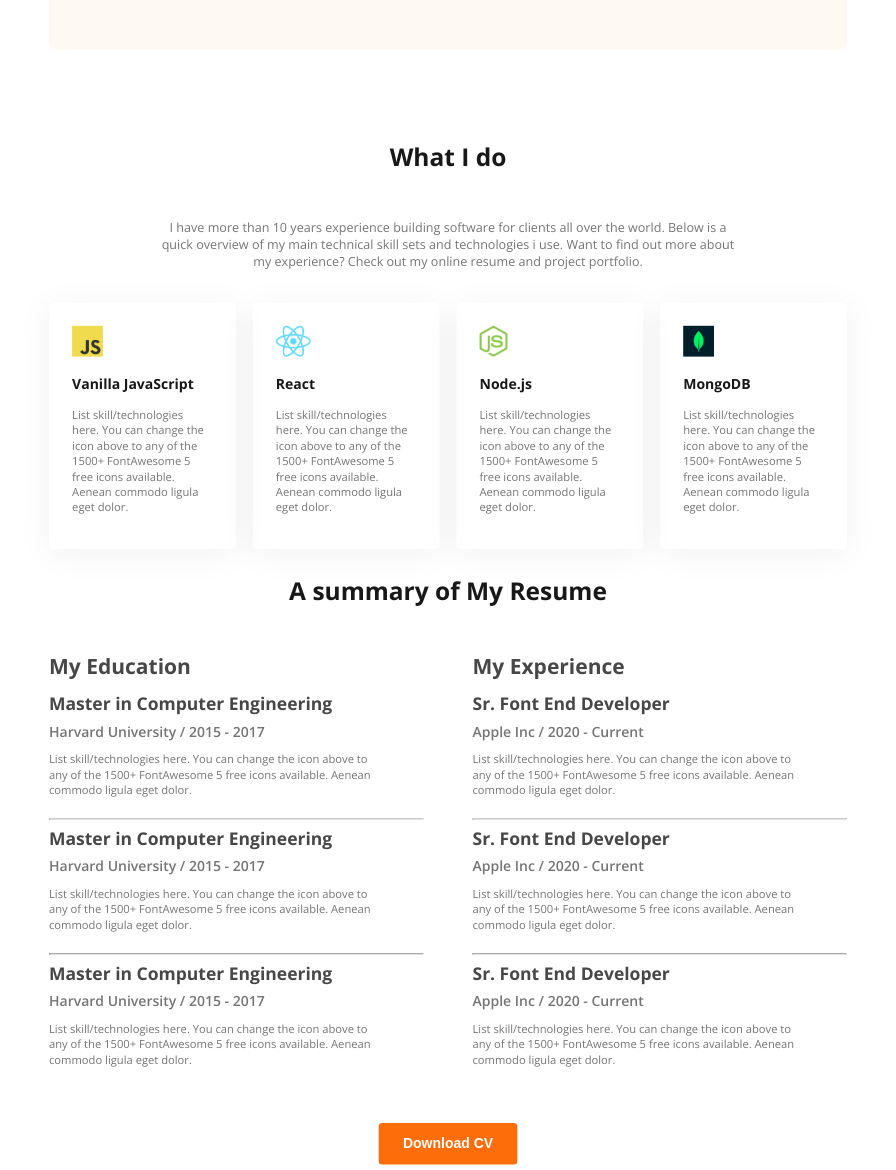
Repository: ShouravAhammed/Simple-Portfolio-Webpage
Page: index.html
The author's editor kept a copy of each file at every save. The page is drawn from the files as they stood at one save, then again after the next save.
The browser window is 1280 px wide. The pictures show the part of the page from y = 1428 to 3348 px (the page is 3100 px tall before and 3348 px after), at 70% of full size.

Above is the page before, as saved 2024-01-06 03:30:59.

After the next save:
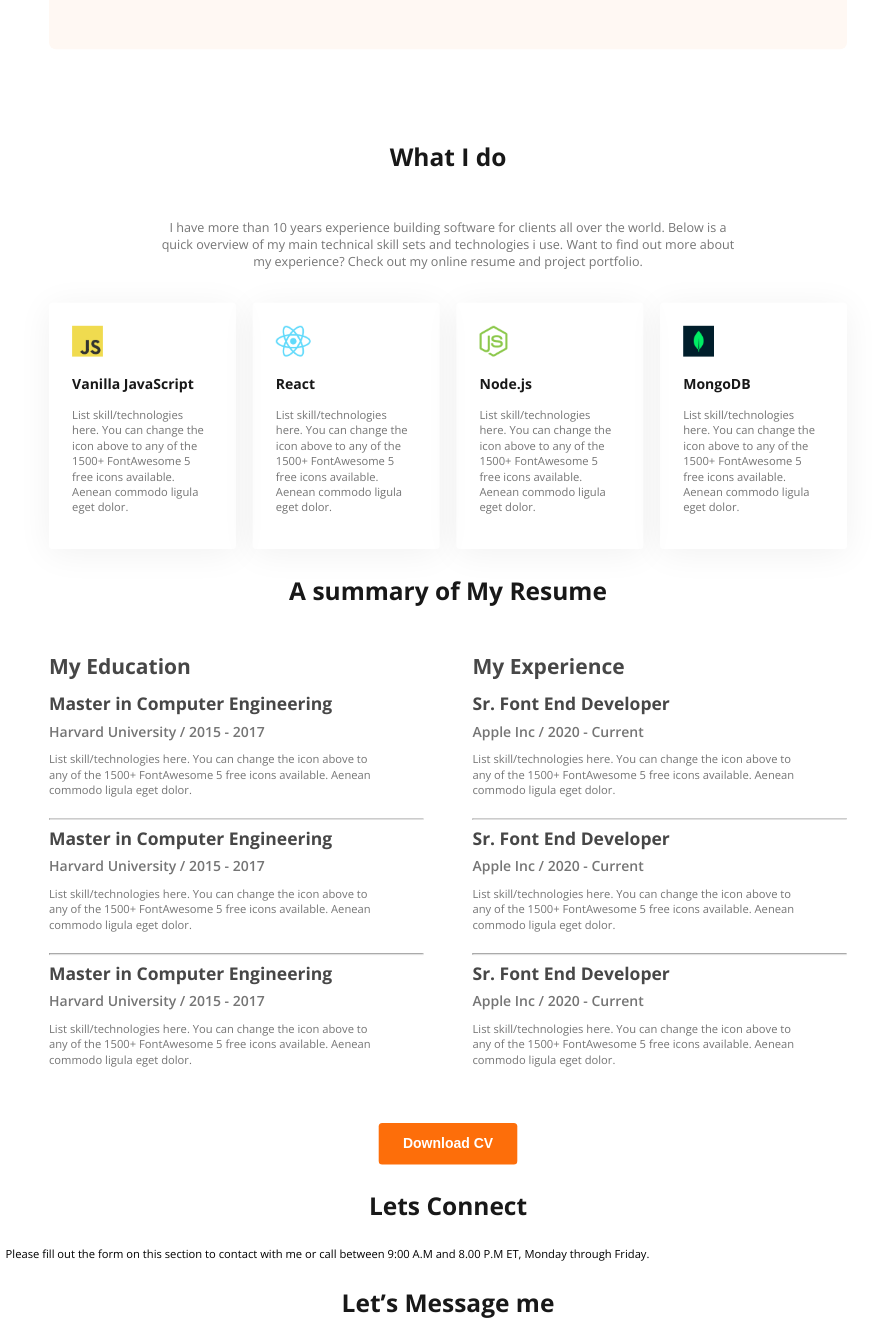
Saved 7 min 36 s later.
--- a/index.html
+++ b/index.html
@@ -132,9 +132,15 @@
                 <button class="btn-primary">Download CV</button>
             </div>
         </section>
-
     </main>
     <footer>
+        <div class="footer-column">
+            <h3 class="section-title">Lets Connect</h3>
+            <p class="footer-description">Please fill out the form on this section to contact with me or call between 9:00 A.M and 8.00 P.M ET, Monday through Friday.</p>
+        </div>
+        <div class="footer-column">
+            <h3 class="section-title">Let’s Message me</h3>
+        </div>
 
     </footer>
 </body>
